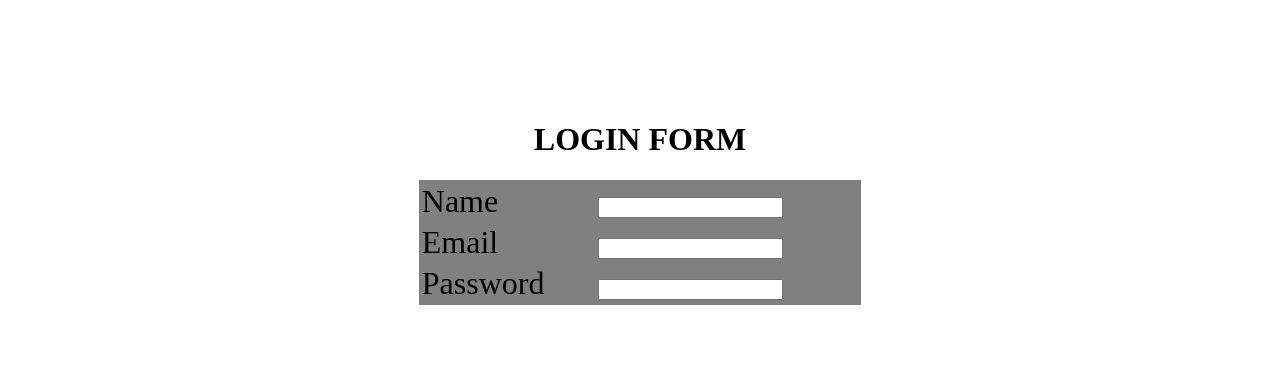
Repository: obusakthi539/Loginform
Page: Login.html
These files come from the project's save history. The page is drawn as it stood at one moment and after a run of saves; the edit follows.
The browser window is 1280 px wide. The pictures show the whole page.

Above is the page before, as saved 2025-01-10 18:04:38.

After the next 5 saves:
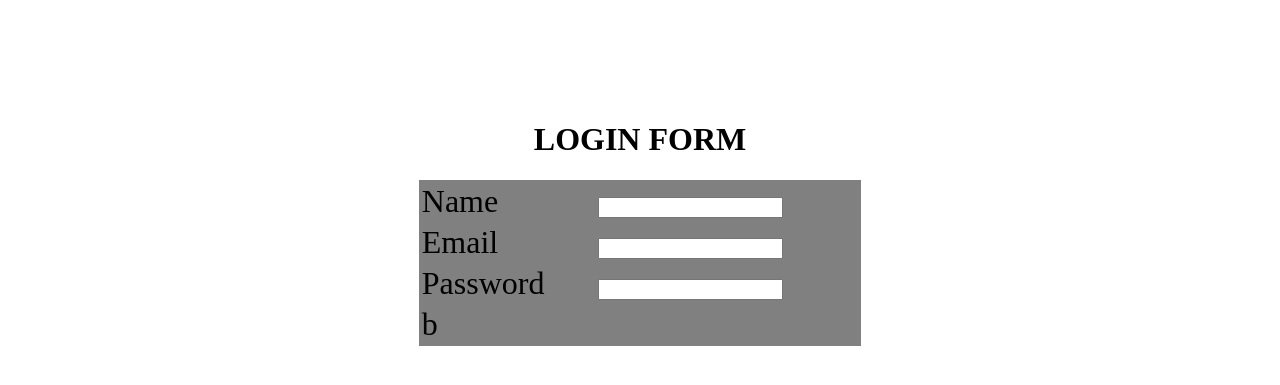
The 5 saves are shown as one change because they came seconds apart.
The last was saved 57 s later.
--- a/Login.html
+++ b/Login.html
@@ -40,6 +40,9 @@
                 <td> <label for="">Password</label></td>
                 <td><input type="text"></td>
             </tr>
+            <tr>
+                <td>b</td>
+            </tr>
         </table>
     </div>
 </body>
